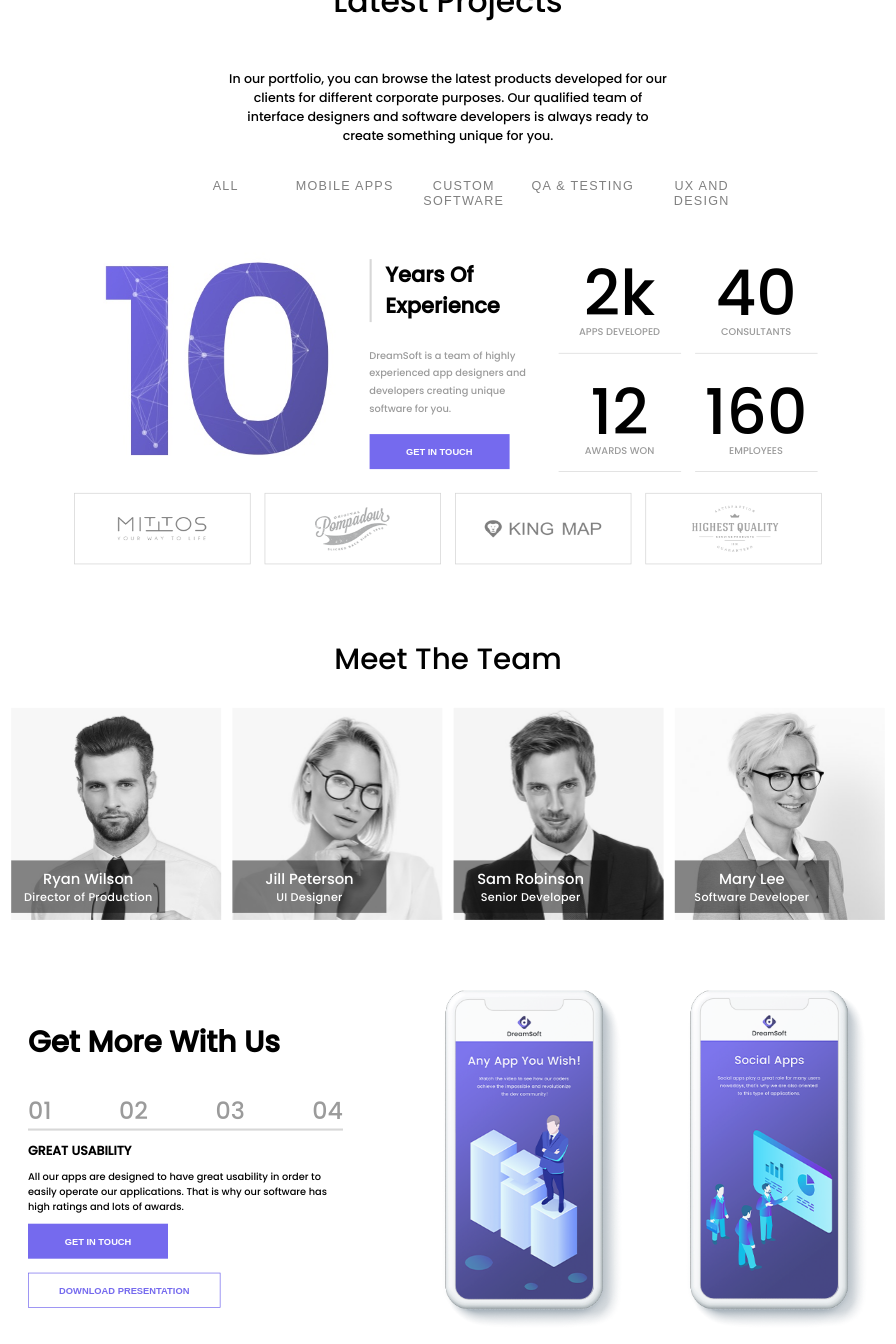
Repository: kkyler24/ladders-bootcamp-awesome
Page: index.html
An editor plug-in stored every save of this project. The page is shown before and after the next save, followed by the edit.
The browser window is 1280 px wide. The pictures show the part of the page from y = 1453 to 3373 px (the page is 6193 px tall before and 6196 px after), at 70% of full size.

Above is the page before, as saved 2021-03-20 11:14:24.

After the next save:
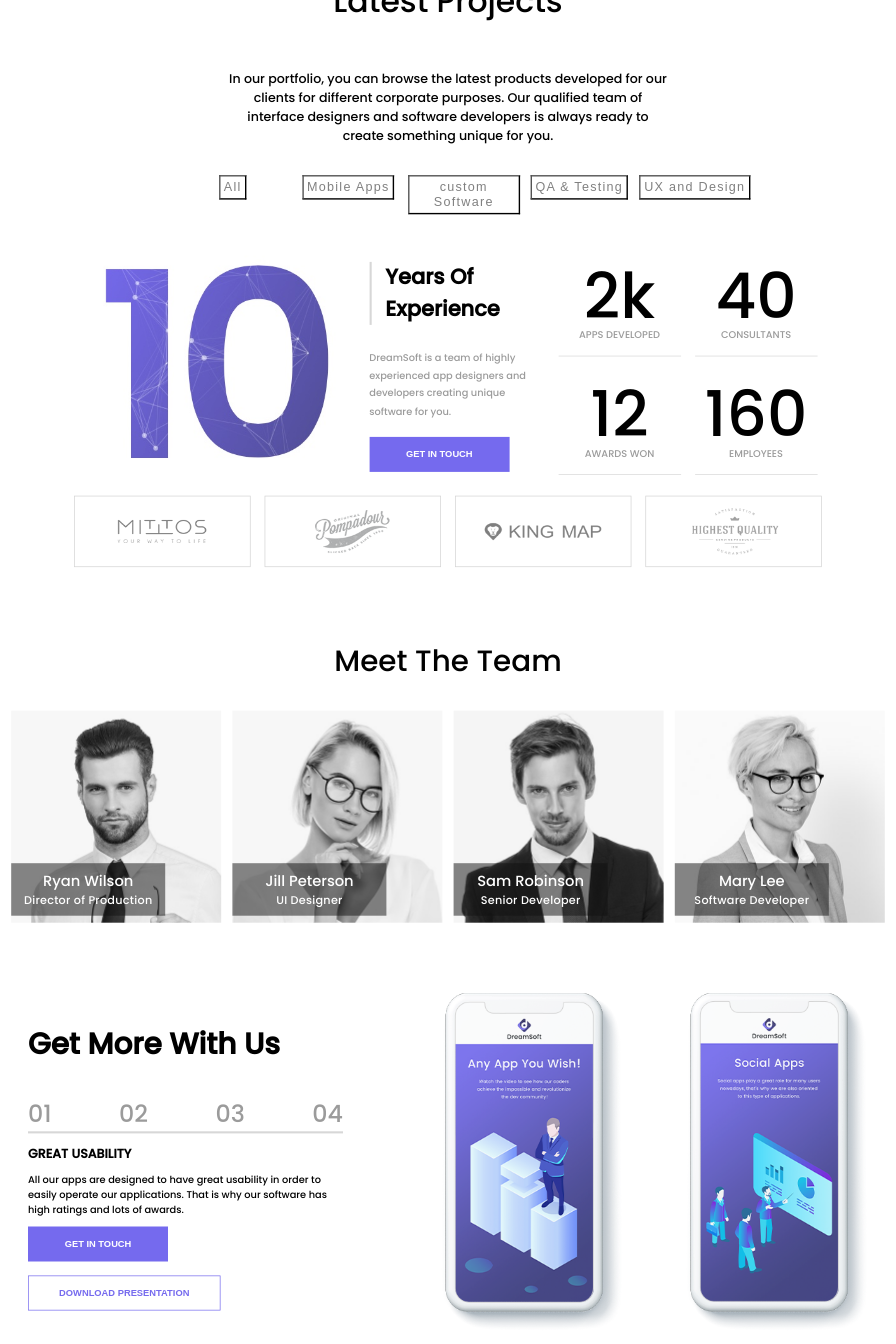
Saved 54 s later.
--- a/kstyle.css
+++ b/kstyle.css
@@ -131,11 +131,12 @@
  border-left: none;
  border-top: none;
  border-bottom: none; */
- border: none;
- width: 165px;
- text-transform: uppercase;
+
 }
 
 li.latestButtons{
   list-style: none;
+  border: none;
+ width: 165px;
+ text-transform: uppercase;
 }

After the save that followed:
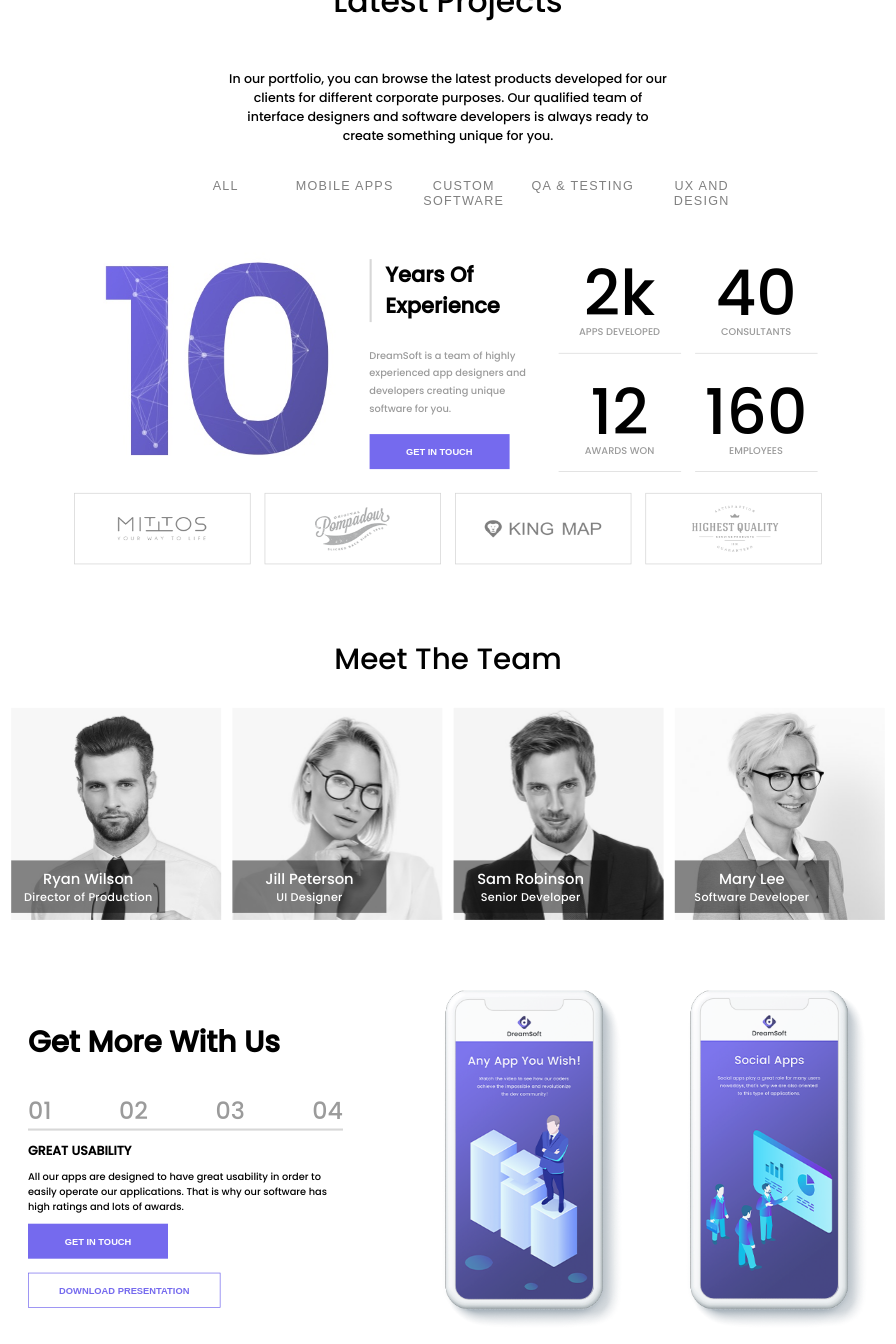
Saved 37 s later.
--- a/kstyle.css
+++ b/kstyle.css
@@ -131,12 +131,11 @@
  border-left: none;
  border-top: none;
  border-bottom: none; */
-
+ border: none;
+ width: 165px;
+ text-transform: uppercase;
 }
 
 li.latestButtons{
   list-style: none;
-  border: none;
- width: 165px;
- text-transform: uppercase;
 }
